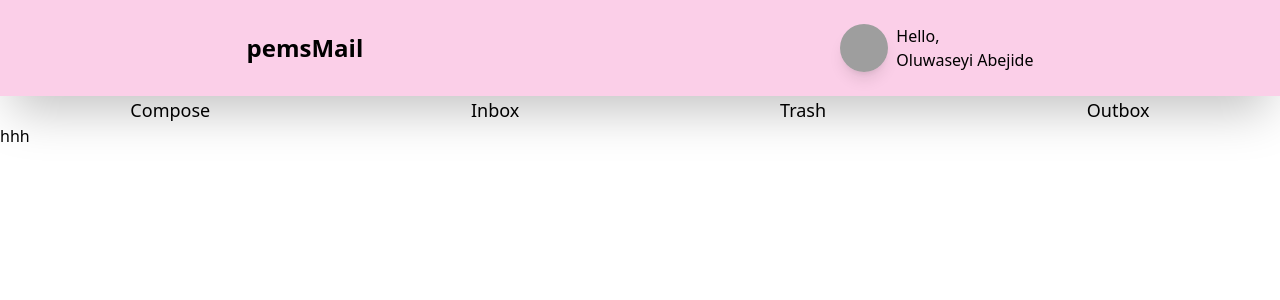
Repository: Semanmernstack/mailclone
Page: /
An editor plug-in stored every save of this project. The page is shown before and after the next save, followed by the edit.
The browser window is 1280 px wide. The pictures show the whole page.
Pictures or frames that could not be fetched are drawn as grey boxes. The project was rebuilt for these pictures with package versions that can differ from the ones it lists, and the page was loaded fresh each time. Also part of the build but not shown: src/features/counter/Counter.module.css, src/features/counter/Counter.js.

Above is the page before, as saved 2023-01-16 02:28:47.

### src/App.js
import React from 'react';

import { Counter } from './features/counter/Counter';
import Header from './Header';
import {
  BrowserRouter,
  Routes,
  Route,
} from "react-router-dom";
import Open from './Open';
import Topbar from './Topbar';


function App() {
  return (
    <div className="App">

      <BrowserRouter>

        <Header/>
        <Topbar/>
        <Routes>
          <Route exact path="/" element={<Open/>} />
        </Routes>
      </BrowserRouter>
    </div>
  );
}

export default App;

### src/features/counter/counterSlice.js
import { createAsyncThunk, createSlice } from '@reduxjs/toolkit';
import { fetchCount } from './counterAPI';

const initialState = {
  value: 0,
  status: 'idle',
};

// The function below is called a thunk and allows us to perform async logic. It
// can be dispatched like a regular action: `dispatch(incrementAsync(10))`. This
// will call the thunk with the `dispatch` function as the first argument. Async
// code can then be executed and other actions can be dispatched. Thunks are
// typically used to make async requests.
export const incrementAsync = createAsyncThunk(
  'counter/fetchCount',
  async (amount) => {
    const response = await fetchCount(amount);
    // The value we return becomes the `fulfilled` action payload
    return response.data;
  }
);

export const counterSlice = createSlice({
  name: 'counter',
  initialState,
  // The `reducers` field lets us define reducers and generate associated actions
  reducers: {
    increment: (state) => {
      // Redux Toolkit allows us to write "mutating" logic in reducers. It
      // doesn't actually mutate the state because it uses the Immer library,
      // which detects changes to a "draft state" and produces a brand new
      // immutable state based off those changes
      state.value += 1;
    },
    decrement: (state) => {
      state.value -= 1;
    },
    // Use the PayloadAction type to declare the contents of `action.payload`
    incrementByAmount: (state, action) => {
      state.value += action.payload;
    },
  },
  // The `extraReducers` field lets the slice handle actions defined elsewhere,
  // including actions generated by createAsyncThunk or in other slices.
  extraReducers: (builder) => {
    builder
      .addCase(incrementAsync.pending, (state) => {
        state.status = 'loading';
      })
      .addCase(incrementAsync.fulfilled, (state, action) => {
        state.status = 'idle';
        state.value += action.payload;
      });
  },
});

export const { increment, decrement, incrementByAmount } = counterSlice.actions;

// The function below is called a selector and allows us to select a value from
// the state. Selectors can also be defined inline where they're used instead of
// in the slice file. For example: `useSelector((state: RootState) => state.counter.value)`
export const selectCount = (state) => state.counter.value;

// We can also write thunks by hand, which may contain both sync and async logic.
// Here's an example of conditionally dispatching actions based on current state.
export const incrementIfOdd = (amount) => (dispatch, getState) => {
  const currentValue = selectCount(getState());
  if (currentValue % 2 === 1) {
    dispatch(incrementByAmount(amount));
  }
};

export default counterSlice.reducer;

### src/Header.js
import React from 'react'

function Header() {
  return (
    <div className="flex items-center justify-around p-2     h-24 bg-pink-200 border-b-pink-800 shadow-2xl">
        <div>
            <h1 className="text-lg md:text-2xl font-semibold">pemsMail</h1>

        </div>
        <div className="flex items-center justify-evenly">

            <img className="h-12 w-12 rounded-full shadow-lg" src="https://cdn.pixabay.com/photo/2022/12/01/12/26/countryside-7629017__340.jpg" alt="pic" />
            <div className="ml-2">
                <p>Hello,</p>
                <p>Oluwaseyi Abejide</p>
            </div>
        </div>
    </div>
  )
}

export default Header

### src/Open.js
import React from 'react'

function Open() {
  return (
    <div>
        <h1>hhh</h1>
    </div>
  )
}

export default Open

### src/Topbar.js
import React from 'react'

function Topbar() {
  return (
    <div className="flex items-center justify-around text-lg ">
        <div className='hover:underline hover:text-red-900'>
            <p>Compose</p>
        </div>
        <div className='hover:underline hover:text-red-900'>
            <p>Inbox</p>
        </div>
        <div className='hover:underline hover:text-red-900'>
            <p>Trash</p>
        </div>
        <div className='hover:underline hover:text-red-900'>
            <p>Outbox</p>
        </div>
    </div>
  )
}

export default Topbar

Loaded but not shown: public/index.html (common file); src/index.js (common file); src/app/store.js (common file); src/reportWebVitals.js (common file); src/index.css (common file); src/features/counter/counterAPI.js (common file); tailwind.config.js (common file)

After the next save:
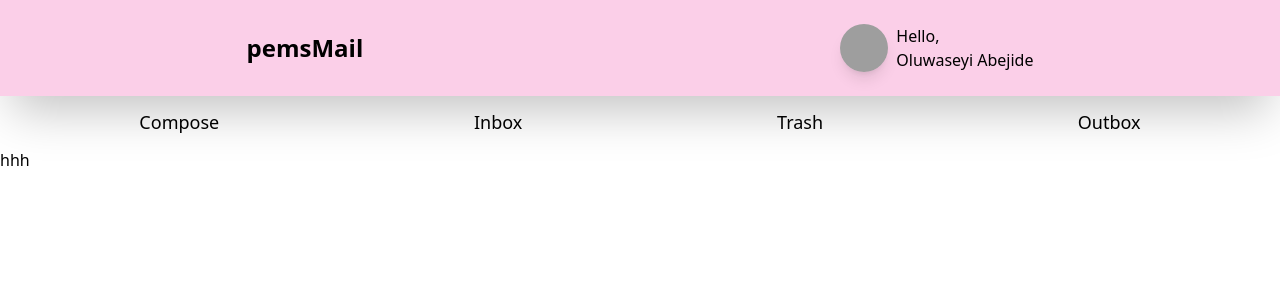
Saved 21 s later.
--- a/src/Topbar.js
+++ b/src/Topbar.js
@@ -2,7 +2,7 @@ import React from 'react'
 
 function Topbar() {
   return (
-    <div className="flex items-center justify-around text-lg ">
+    <div className="flex items-center justify-around text-lg p-3">
         <div className='hover:underline hover:text-red-900'>
             <p>Compose</p>
         </div>
